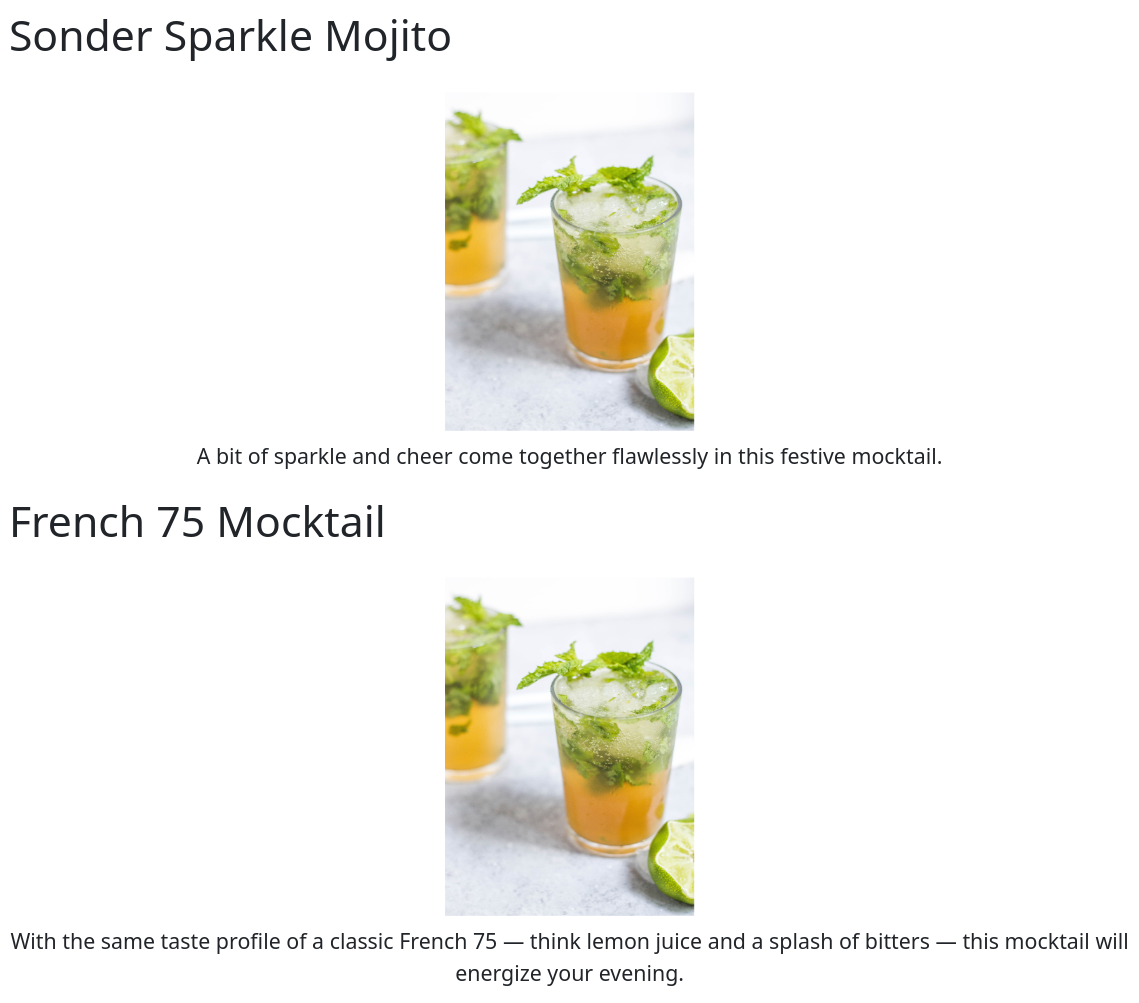
Repository: Flatbook/sliced_bread
Page: http://localhost/
The author's editor kept a copy of each file at every save. The page is drawn from the files as they stood at one save, then again after a run of saves.
The browser window is 1280 px wide. The pictures show the whole page, at 89% of full size.
Some web libraries are served in a nearby version. The page is served by the project's application, run on Flask 3 (app.py).

Above is the page before, as saved 2021-05-15 23:44:37.

After the next 2 saves:
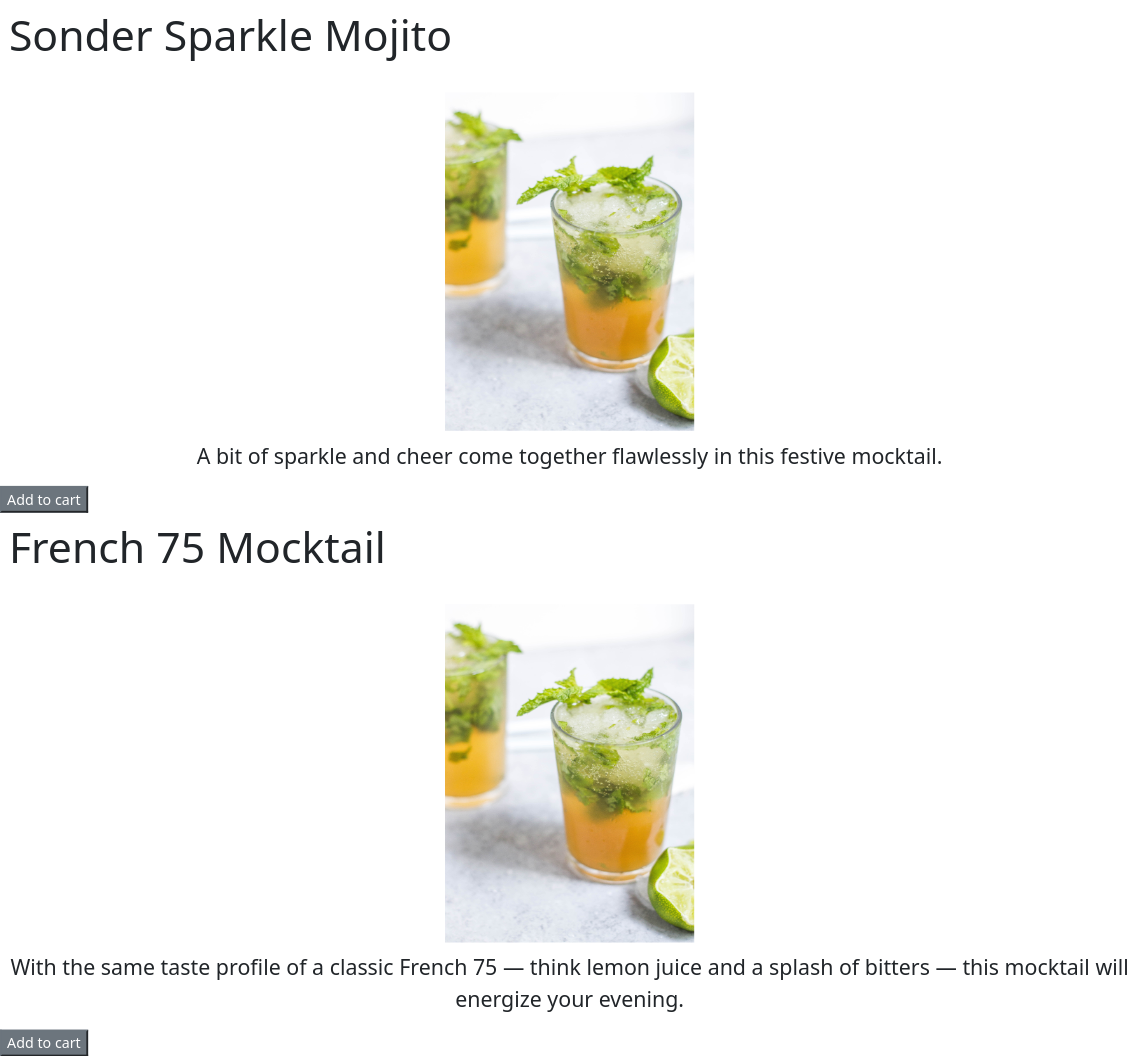
The 2 saves are shown as one change because 1 did not build or start.
The last was saved 12 min 23 s later.
--- a/flask_project/templates/home.html
+++ b/flask_project/templates/home.html
@@ -5,5 +5,8 @@
         <img src="{{ user_image }}" width="300" height="400" class="mx-auto d-block" style="padding: 10px 10px"/>
 
         <p style="text-align: center ; font-size: 1.5rem">{{drink.description}}</p>
+        <form action ="{{url_for('checkout')}}" method = "post">
+            <button type="submit" class="btn-secondary">Add to cart</button>
+        </form>
     {% endfor %}
 {% endblock %}
